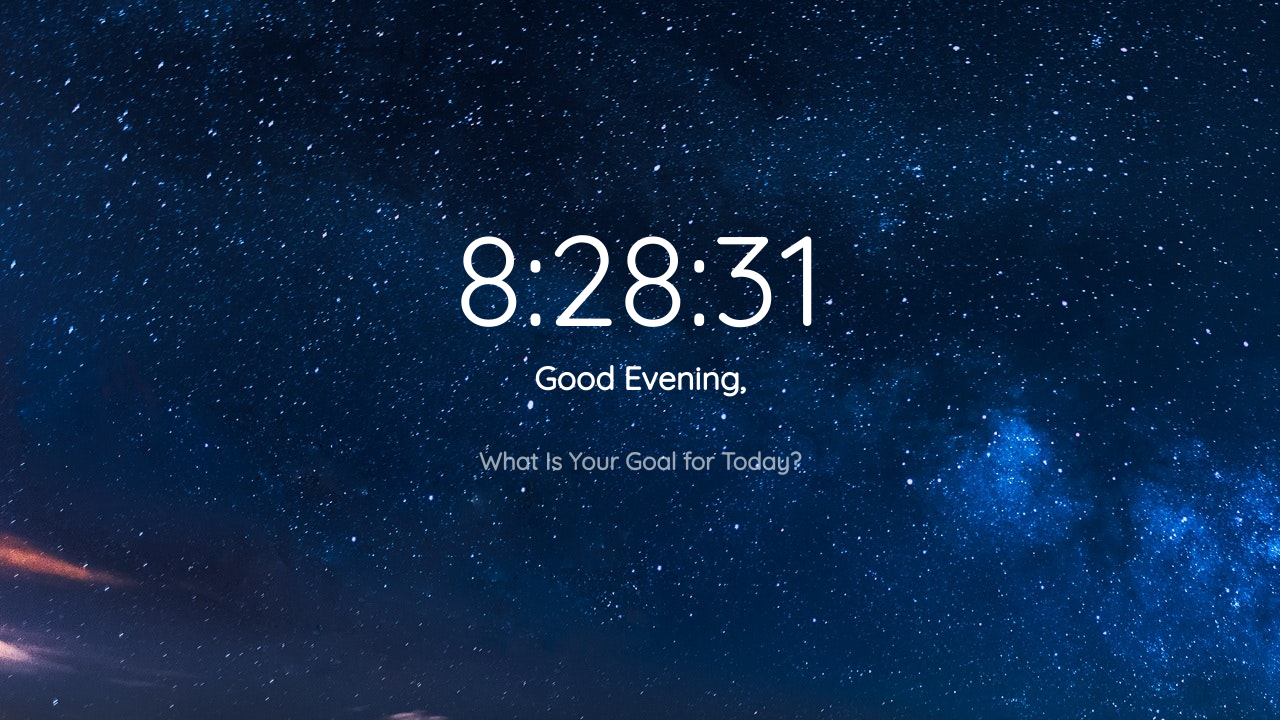
Repository: MikeTroianello/Landing-Page
Page: index.html
An editor plug-in stored every save of this project. The page is shown before and after the next save, followed by the edit.
The browser window is 1280 px wide. The pictures show the whole page.

Above is the page before, as saved 2019-06-20 00:02:26.

After the next save:
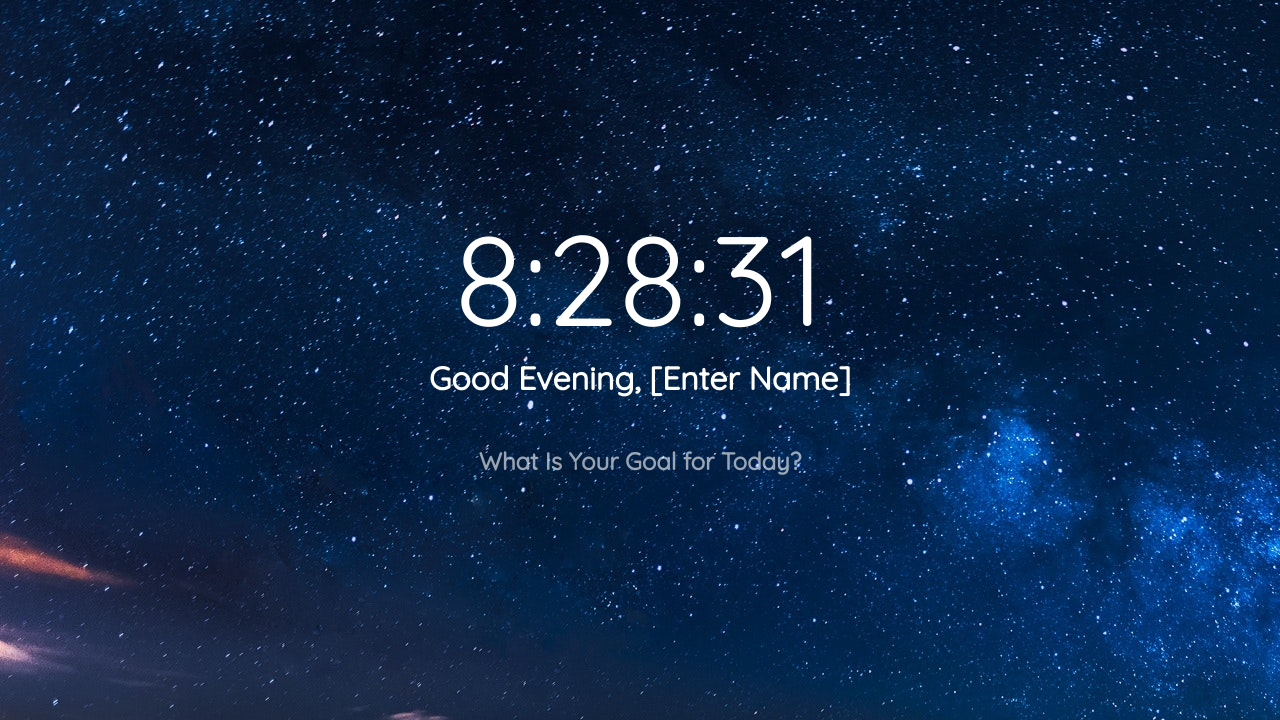
Saved 10 s later.
--- a/main.js
+++ b/main.js
@@ -99,3 +99,4 @@ goal.addEventListener('blur', setGoal);
 
 showTime();
 timeGreeting();
+findName();
